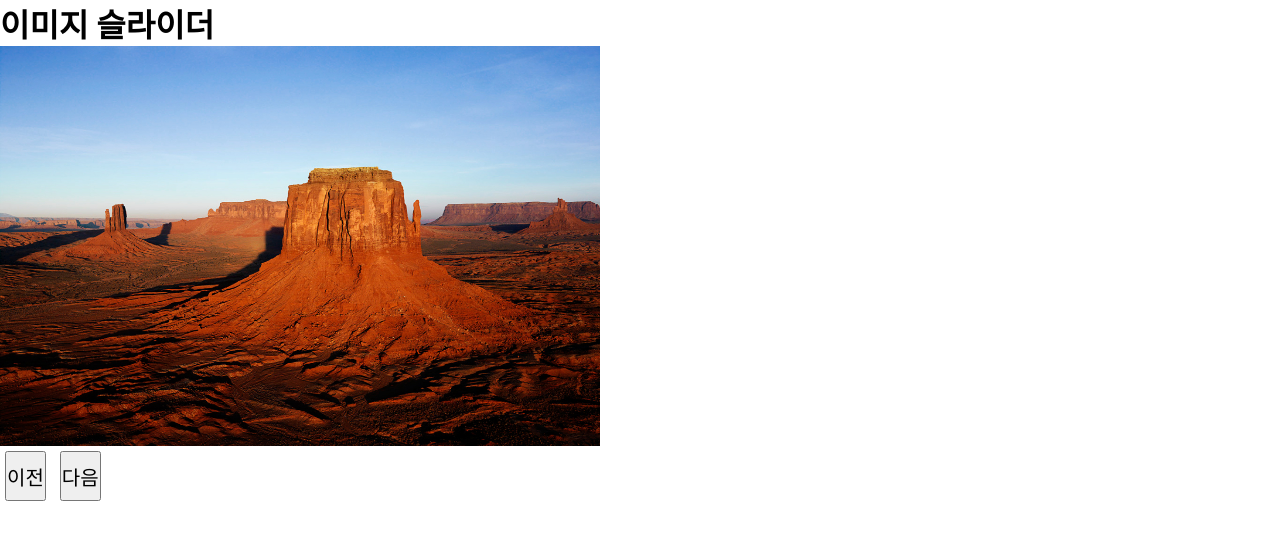
Repository: shouvoo/bitAcademy
Page: work/jsp/06_javascript/WebContent/09_jquery/07_slide/test01.html
The author's editor kept a copy of each file at every save. The page is drawn from the files as they stood at one save, then again after the next save.
The browser window is 1280 px wide. The pictures show the whole page.
After loading, the first visible `button` was clicked once.

Above is the page before, as saved 2017-11-27 03:51:53.

### work/jsp/06_javascript/WebContent/09_jquery/07_slide/test01.html
<!DOCTYPE html>
<html>
<head>
	<meta charset="utf-8">
    <style>
        * { margin:0px; padding:0px; }
        button {
			margin: 5px;
			font-size: 20px;
			height: 50px;
		}
        .container  {
            overflow:hidden;
            position:relative;
            width:600px; height:400px;
        }
        .slider_panel { width:3000px; position:relative; }
        .slider_image { float:left; width:600px; height:400px; }
    </style>
    <script src="../js/jquery-3.2.1.js"></script>
</head>
<body>
    <h1>이미지 슬라이더</h1>
    <div class="container">
        <div class="slider_panel">
            <img src="Desert.jpg" class="slider_image"/>
            <img src="Hydrangeas.jpg" class="slider_image"/>
            <img src="Jellyfish.jpg" class="slider_image"/>
            <img src="Koala.jpg" class="slider_image"/>
            <img src="Lighthouse.jpg" class="slider_image"/>
        </div>
    </div>
    <div>
	    <button>이전</button>
	    <button>다음</button>
    </div>
    <script>
    	var index = 0;

    	function moveSlider()
    	{
    		var move = (index * 600);
    		$(".slider_panel").animate({left : move }, 1000)
    	}


		$("button:eq(0)").click(function(){
			index -= 1;
		})

		$("button:eq(1)").click(function(){
			index += 1;
		})
    </script>
</body>
</html>

Loaded but not shown: work/jsp/06_javascript/WebContent/09_jquery/js/jquery-3.2.1.js (library)

After the next save:
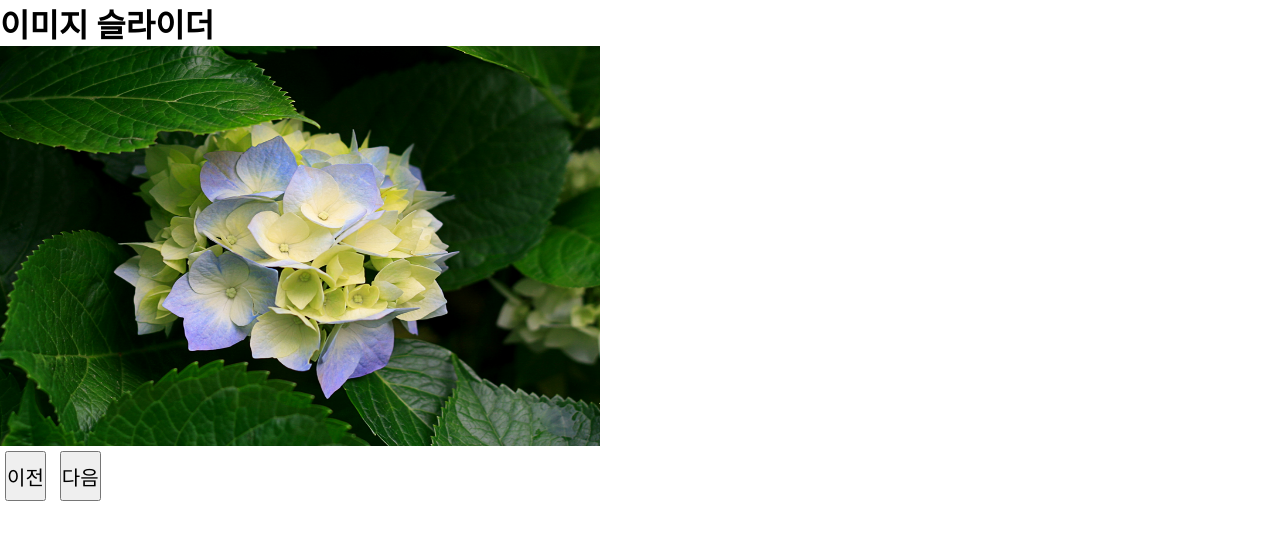
Saved 19 s later.
--- a/work/jsp/06_javascript/WebContent/09_jquery/07_slide/test01.html
+++ b/work/jsp/06_javascript/WebContent/09_jquery/07_slide/test01.html
@@ -46,10 +46,12 @@
 
 		$("button:eq(0)").click(function(){
 			index -= 1;
+			moveSlider();
 		})
 
 		$("button:eq(1)").click(function(){
 			index += 1;
+			moveSlider();
 		})
     </script>
 </body>
